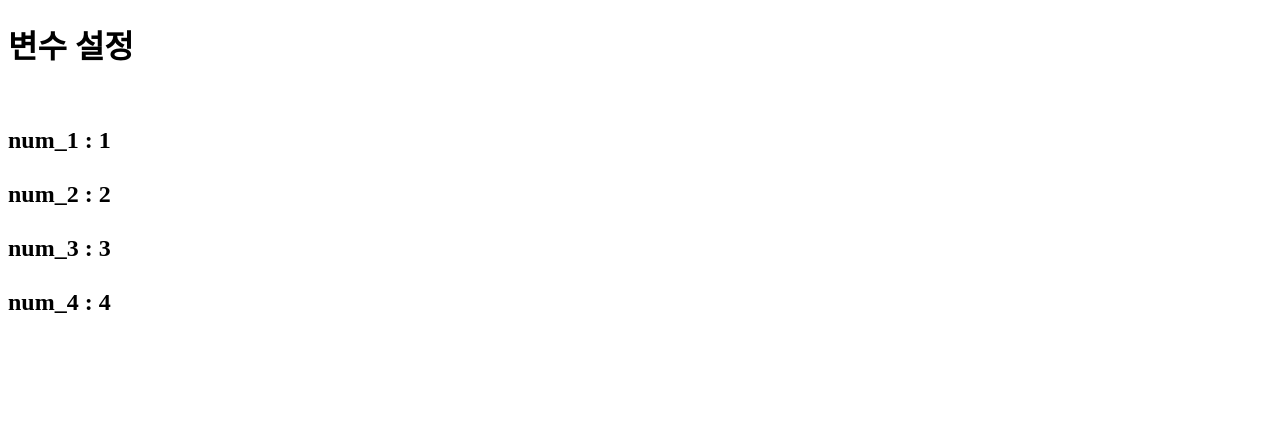
Repository: Jh1227/JSP
Page: http://localhost/13_JSTL/ex01_set_out.jsp
These files come from the project's save history. The page is drawn as it stood at one moment and after the next save; the edit follows.
The browser window is 1280 px wide. The pictures show the whole page.
The page is served by Tomcat 9.

Above is the page before, as saved 2023-04-10 04:14:11.

After the next save:
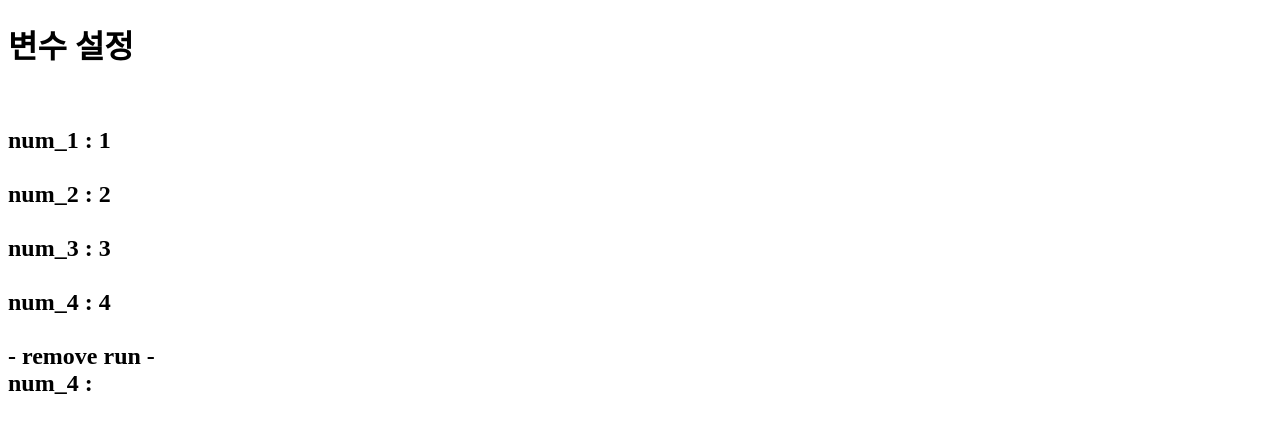
Saved 61 s later.
--- a/13_JSTL/src/main/webapp/ex01_set_out.jsp
+++ b/13_JSTL/src/main/webapp/ex01_set_out.jsp
@@ -36,6 +36,10 @@
 		num_4 : ${num_4 }
 		<br><br>
 
+		- remove run - <br>
+		<c:remove var ="num_4"/>
+		num_4 : ${num_4 }
+		<br><br>
 	</h2>
 </body>
 </html>
